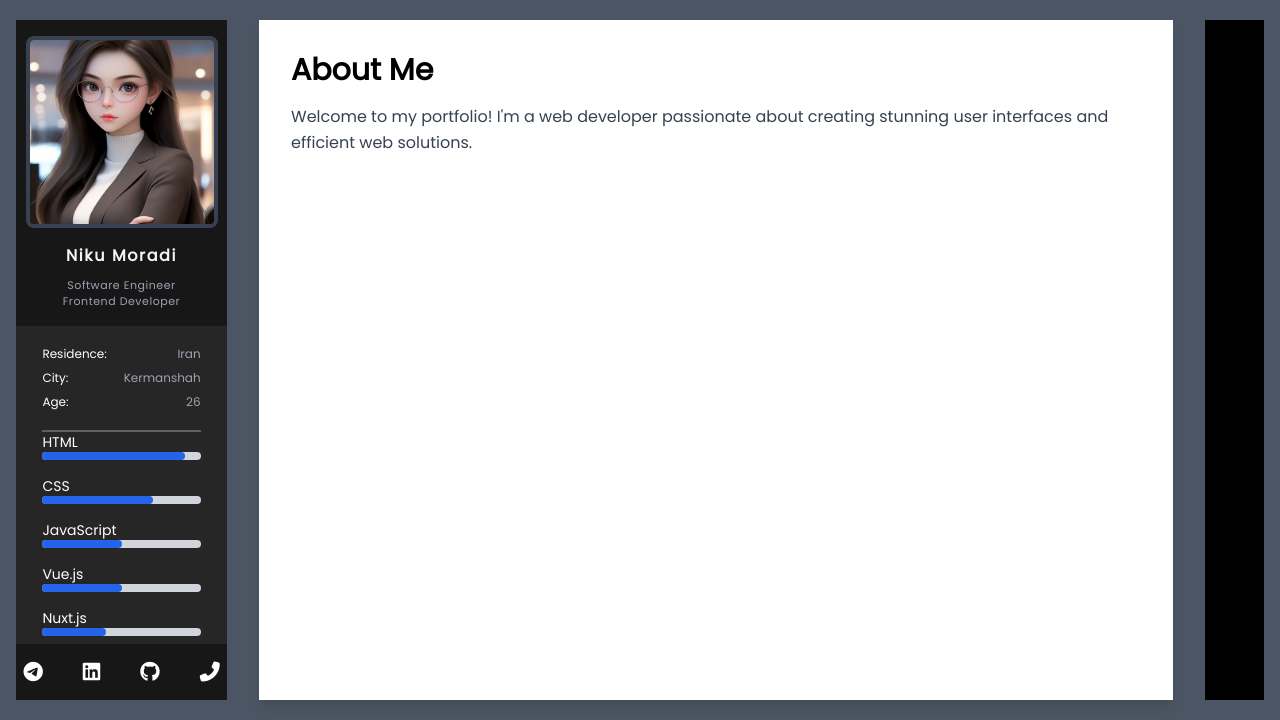
Repository: NikuMoradi/niku-moradi
Page: /
The author's editor kept a copy of each file at every save. The page is drawn from the files as they stood at one save, then again after the next save.
The browser window is 1280 px wide. The pictures show the whole page.
The project was rebuilt for these pictures with package versions that can differ from the ones it lists, and the page was loaded fresh each time. The framework's server and built-in components were replaced by stand-ins that run in the browser. Also part of the build but not shown: nuxt.config.ts, components/Blog Posts/Component-Design.vue, components/Blog.vue, components/Contact.vue, components/Education.vue, components/Experience.vue, components/Hero.vue, components/Menu.vue and 3 more.

Above is the page before, as saved 2024-11-29 11:57:12.

### assets/css/main.css
@tailwind base;
@tailwind components;
@tailwind utilities;

body {
  /* From https://css.glass */
  background: #ffffff;
  font-family: "Poppins", sans-serif;
}

@layer utilities {
}

### components/LeftPanel.vue
<template>
  <div
    class="bg-neutral-800 text-white w-72 flex flex-col items-center"
    style="height: calc(100vh - 40px)"
  >
    <!-- Header-->
    <div
      class="w-full py-4 flex flex-col items-center justify-center bg-neutral-900"
    >
      <img
        src="../assets/img/photo_2024-11-28_10-37-05.jpg"
        alt="Profile Picture"
        class="w-48 h-48 mb-5 rounded-lg border-4 border-gray-700 object-cover object-center"
      />
      <h2
        class="text-gray-100 text-[16px] font-semibold tracking-widest leading-[16.8px] mb-3"
      >
        Niku Moradi
      </h2>
      <p
        class="text-gray-400 text-[11px] font-light tracking-wider leading-[16.5px]"
      >
        Software Engineer
      </p>
      <p
        class="text-gray-400 text-[11px] font-light tracking-wider leading-[16.5px]"
      >
        Frontend Developer
      </p>
    </div>

    <div class="w-3/4 flex flex-col overflow-y-auto scrollbar-hide">
      <!-- table -->
      <div class="py-5 text-xs">
        <ul class="space-y-2">
          <li class="flex justify-between">
            <h6>Residence:</h6>
            <span class="text-gray-400">Iran</span>
          </li>
          <li class="flex justify-between">
            <h6>City:</h6>
            <span class="text-gray-400">Kermanshah</span>
          </li>
          <li class="flex justify-between">
            <h6>Age:</h6>
            <span class="text-gray-400">26</span>
          </li>
        </ul>
      </div>
      <!-- divider -->
      <div class="w-full h-px bg-gray-600 opacity-30 border border-t"></div>
      <!-- Skill Bars -->
      <div class="space-y-4 pb-5">
        <div>
          <label class="block text-sm">HTML</label>
          <div class="w-full bg-gray-300 h-2 rounded-full">
            <div class="bg-blue-600 h-2 rounded-full w-[90%]"></div>
          </div>
        </div>
        <div>
          <label class="block text-sm">CSS</label>
          <div class="w-full bg-gray-300 h-2 rounded-full">
            <div class="bg-blue-600 h-2 rounded-full w-[70%]"></div>
          </div>
        </div>
        <div>
          <label class="block text-sm">JavaScript</label>
          <div class="w-full bg-gray-300 h-2 rounded-full">
            <div class="bg-blue-600 h-2 rounded-full w-[50%]"></div>
          </div>
        </div>
        <div>
          <label class="block text-sm">Vue.js</label>
          <div class="w-full bg-gray-300 h-2 rounded-full">
            <div class="bg-blue-600 h-2 rounded-full w-[50%]"></div>
          </div>
        </div>
        <div>
          <label class="block text-sm">Nuxt.js</label>
          <div class="w-full bg-gray-300 h-2 rounded-full">
            <div class="bg-blue-600 h-2 rounded-full w-[40%]"></div>
          </div>
        </div>
        <div>
          <label class="block text-sm">Quasar</label>
          <div class="w-full bg-gray-300 h-2 rounded-full">
            <div class="bg-blue-600 h-2 rounded-full w-[70%]"></div>
          </div>
        </div>
        <div>
          <label class="block text-sm">Tailwind</label>
          <div class="w-full bg-gray-300 h-2 rounded-full">
            <div class="bg-blue-600 h-2 rounded-full w-[60%]"></div>
          </div>
        </div>
        <div>
          <label class="block text-sm">Git</label>
          <div class="w-full bg-gray-300 h-2 rounded-full">
            <div class="bg-blue-600 h-2 rounded-full w-[40%]"></div>
          </div>
        </div>
      </div>
    </div>

    <!-- Social Links -->
    <div class="w-full py-4 text-center mt-auto bg-neutral-900 text-white">
      <div class="space-x-10">
        <a
          href="https://t.me/yourusername"
          target="_blank"
          class="text-white hover:text-blue-400"
        >
          <i class="fab fa-telegram fa-lg"></i>
        </a>
        <a
          href="https://linkedin.com/in/yourusername"
          target="_blank"
          class="text-white hover:text-blue-600"
        >
          <i class="fab fa-linkedin fa-lg"></i>
        </a>
        <a
          href="https://github.com/yourusername"
          target="_blank"
          class="text-white hover:text-gray-700"
        >
          <i class="fab fa-github fa-lg"></i>
        </a>
        <a href="tel:+1234567890" class="text-white hover:text-green-400">
          <i class="fas fa-phone-alt fa-lg"></i>
        </a>
      </div>
    </div>
  </div>
</template>

### components/RightPanel.vue
<template>
  <div class="bg-black w-20" style="height: calc(100vh - 40px)"></div>
</template>

### layouts/default.vue
<template>
  <div
    class="flex justify-center items-center min-h-screen bg-gray-600 px-4 space-x-8"
  >
    <LeftPanel />

    <!-- Fixed Width Centered Card -->
    <div
      class="bg-white shadow-lg w-full max-w-5xl overflow-hidden"
      style="height: calc(100vh - 40px)"
    >
      <!-- Scrollable Content -->
      <div class="overflow-y-auto h-full scrollbar-hide">
        <NuxtPage />
      </div>
    </div>
    <!-- Right Panel -->
    <RightPanel />
  </div>
</template>

<style>
/* Add any custom global styles here */
body {
  background: linear-gradient(to bottom, #f0f0f0, #d0d0d0);
}
</style>

### app.vue
<!-- The app.vue is just holding the layout container and serving as the root.
 The default.vue layout handles the overall structure of the page.
All content from your pages will automatically be placed inside the NuxtPage slot of the layout.-->
<template>
  <NuxtLayout />
</template>

### pages/index.vue
<template>
  <div class="p-8">
    <h1 class="text-3xl font-bold mb-4">About Me</h1>
    <p class="text-gray-700 leading-relaxed">
      Welcome to my portfolio! I'm a web developer passionate about creating
      stunning user interfaces and efficient web solutions.
    </p>
  </div>
</template>

### tailwind.config.js
/** @type {import('tailwindcss').Config} */
export default {
  content: [
    "./components/**/*.{js,vue,ts}",
    "./layouts/**/*.vue",
    "./pages/**/*.vue",
    "./plugins/**/*.{js,ts}",
    "./app.vue",
    "./error.vue",
  ],
  theme: {
    extend: {},
  },
  plugins: [require("tailwind-scrollbar-hide")],
};

Loaded but not shown: plugins/aos.client.js (no copy from this time; the picture is the same without it)

After the next save:
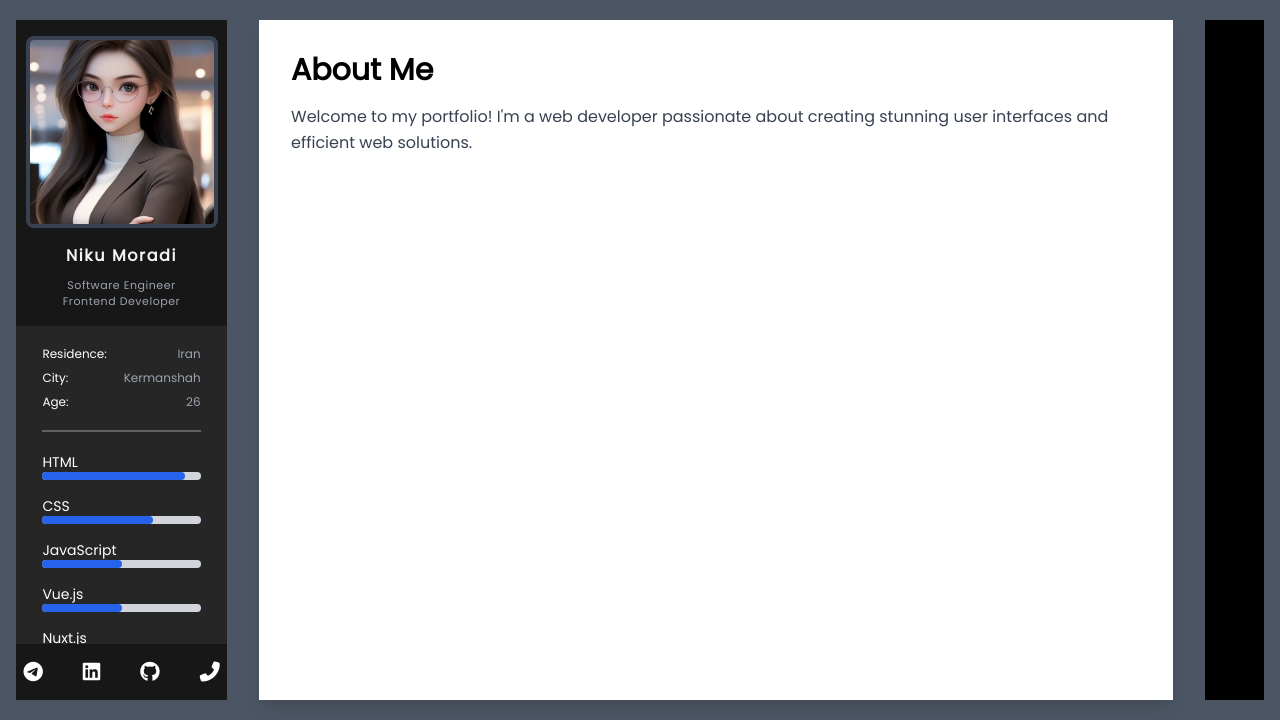
Saved 33 s later.
--- a/components/LeftPanel.vue
+++ b/components/LeftPanel.vue
@@ -48,7 +48,9 @@
         </ul>
       </div>
       <!-- divider -->
-      <div class="w-full h-px bg-gray-600 opacity-30 border border-t"></div>
+      <div
+        class="w-full h-px bg-gray-600 opacity-30 border border-t mb-5"
+      ></div>
       <!-- Skill Bars -->
       <div class="space-y-4 pb-5">
         <div>
